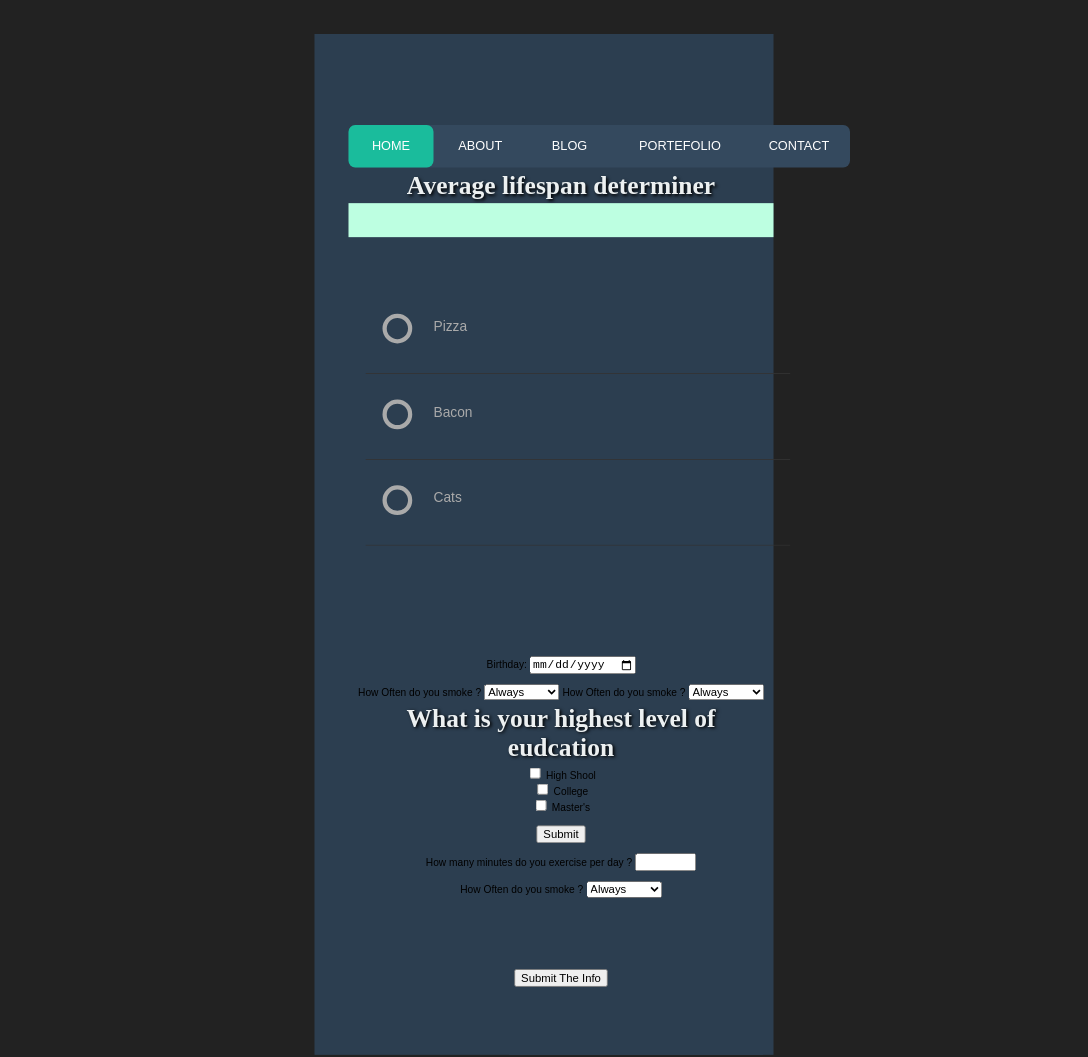
Repository: navid-amini12/capstone-1
Page: wordgame.html
The author's editor kept a copy of each file at every save. The page is drawn from the files as they stood at one save, then again after the next save.
The browser window is 1280 px wide. The pictures show the whole page, at 85% of full size.

Above is the page before, as saved 2022-06-01 11:30:58.

After the next save:
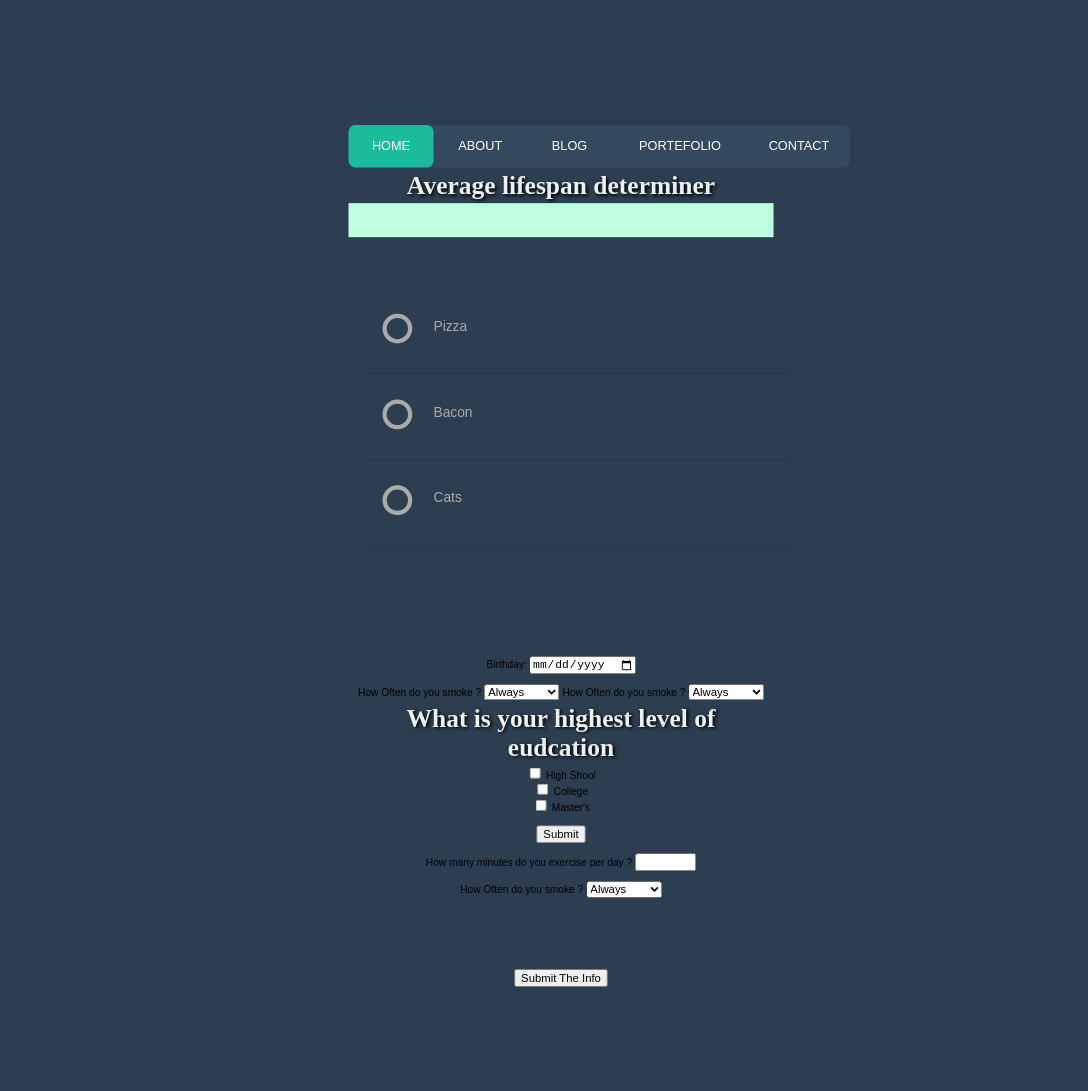
Saved 7 s later.
--- a/Life.css
+++ b/Life.css
@@ -1,9 +1,4 @@
 
-body, html{
-  height: 100%;
-  background: #222222;
-	font-family: 'Lato', sans-serif;
-}
 
 .container{
   display: block;
